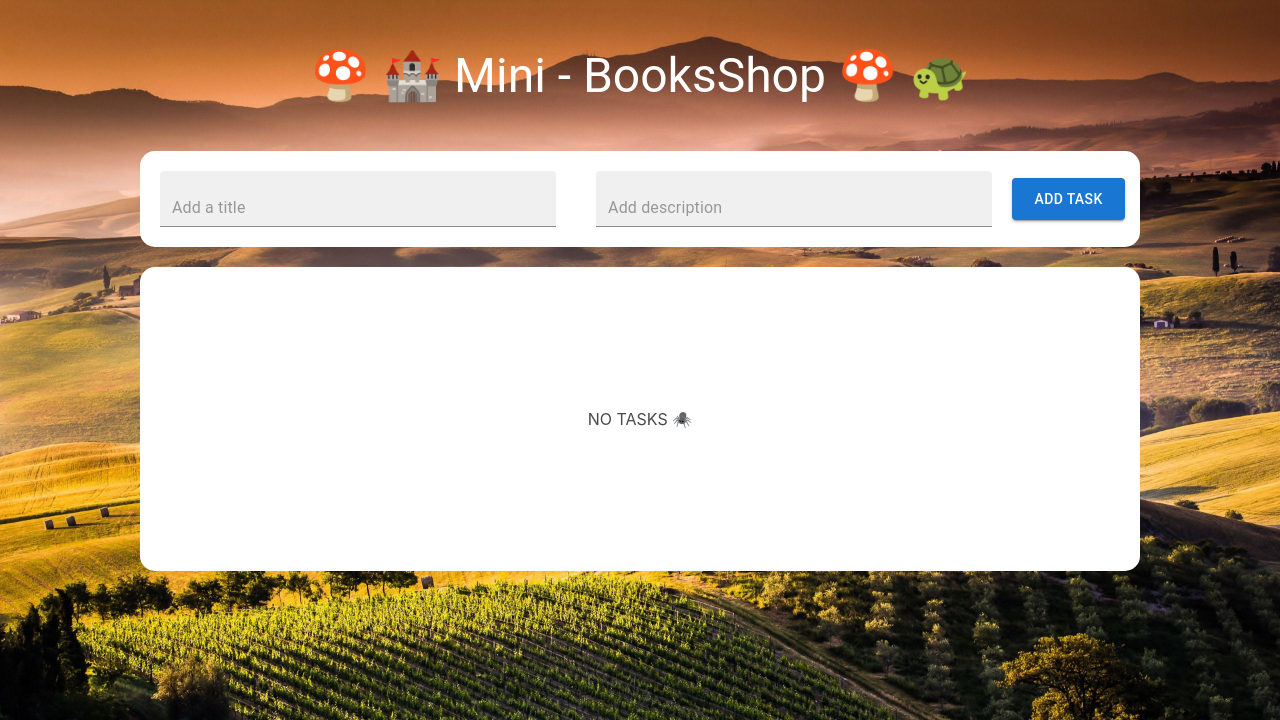
Repository: Tracy-maker/mini-bookshop
Page: /
The author's editor kept a copy of each file at every save. The page is drawn from the files as they stood at one save, then again after the next save.
The browser window is 1280 px wide. The pictures show the whole page.
The project was rebuilt for these pictures with package versions that can differ from the ones it lists, and the page was loaded fresh each time. Also part of the build but not shown: src/components/TaskEdit.js, src/components/TaskShow.js.

Above is the page before, as saved 2023-09-21 13:29:58.

After the next save:
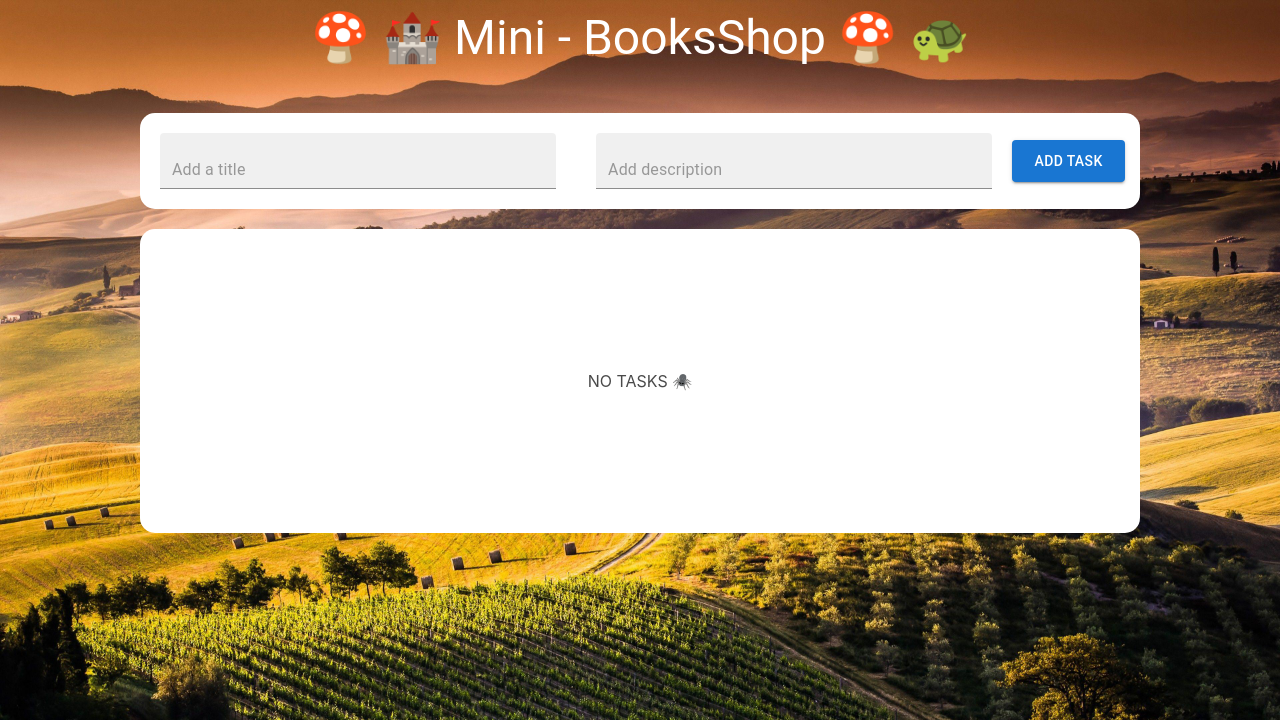
Saved 18 s later.
--- a/src/App.js
+++ b/src/App.js
@@ -11,7 +11,6 @@
   width: 100%;
   display: flex;
   align-items: stretch;
-  padding-top: 3%;
   background-image: url(${Image1});
   background-size: cover;
   background-repeat: no-repeat;

After the save that followed:
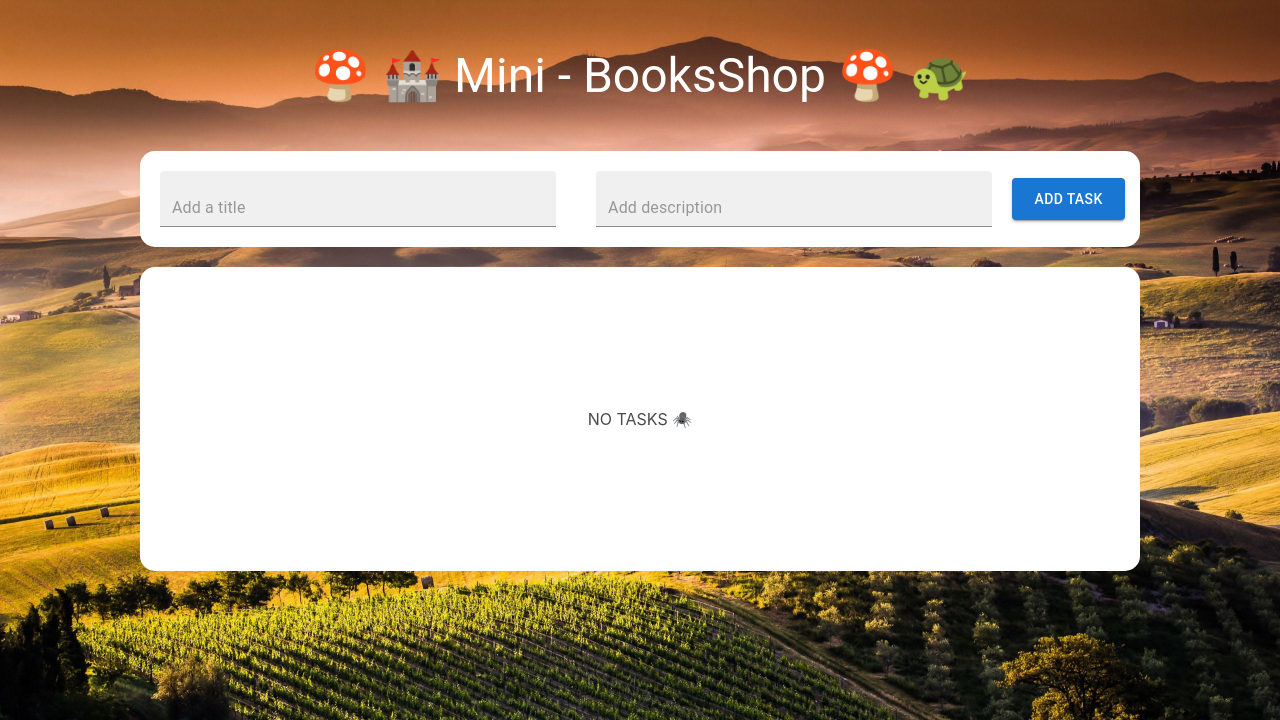
Saved 5 s later.
--- a/src/App.js
+++ b/src/App.js
@@ -11,6 +11,7 @@
   width: 100%;
   display: flex;
   align-items: stretch;
+  padding-top: 3%;
   background-image: url(${Image1});
   background-size: cover;
   background-repeat: no-repeat;
